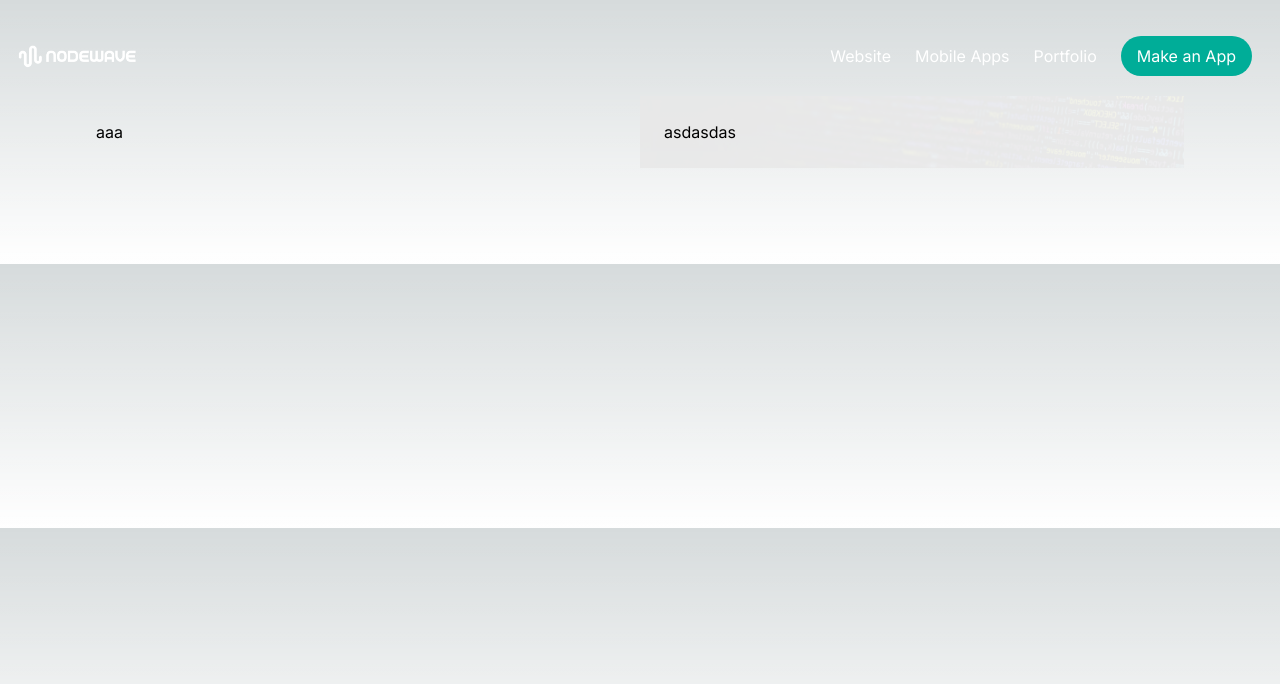
Repository: farrelmuhammad/nodewave
Page: /
The author's editor kept a copy of each file at every save. The page is drawn from the files as they stood at one save, then again after the next save.
The browser window is 1280 px wide. The pictures show the whole page.
The project was rebuilt for these pictures with package versions that can differ from the ones it lists, and the page was loaded fresh each time. The framework's server and built-in components were replaced by stand-ins that run in the browser. Also part of the build but not shown: next.config.js.

Above is the page before, as saved 2023-09-08 12:57:15.

### src/app/page.js
import Hero from '@/components/Hero'
import Navbar from '@/components/Navbar'

export default function Home() {
  return (
    <>
      <Navbar />
      <Hero />
    </>
  )
}

### src/app/globals.css
@tailwind base;
@tailwind components;
@tailwind utilities;

@import url('https://fonts.googleapis.com/css2?family=Poppins:wght@300;400;500;600;700&display=swap');

:root {
  --foreground-rgb: 0, 0, 0;
  --background-start-rgb: 214, 219, 220;
  --background-end-rgb: 255, 255, 255;
  font-family: 'Poppins', sans-serif;
}

@media (prefers-color-scheme: dark) {
  :root {
    --foreground-rgb: 255, 255, 255;
    --background-start-rgb: 0, 0, 0;
    --background-end-rgb: 0, 0, 0;
  }
}

body {
  color: rgb(var(--foreground-rgb));
  background: linear-gradient(
      to bottom,
      transparent,
      rgb(var(--background-end-rgb))
    )
    rgb(var(--background-start-rgb));
}

### src/components/Hero.jsx
import React from "react";

const Hero = () => {
  return (
    <main className="flex h-full items-center justify-between p-24">
      <div className="w-1/2">aaa</div>
      <div className="w-1/2 relative">
        <div
          className="absolute top-0 left-0 w-full h-full bg-cover bg-center"
          style={{
            backgroundImage: 'url("/assets/background.png")', // Ganti dengan path gambar Anda
          }}
        ></div>
        <div className="relative z-10 p-6 bg-white bg-opacity-80">
          asdasdas
        </div>
      </div>
    </main>
  );
};

export default Hero;

### src/components/Navbar.jsx
import React from "react";
import Image from "next/image";

const Navbar = () => {
  return (
    <header class="absolute w-full z-50 px-4">
      <div class="container mx-auto py-5">
        <div class="flex flex-stretch items-center">
          <div class="w-56 items-center flex">
            <Image src="/assets/Logo.png" width={226} height={100} alt="Logo" />
          </div>
          <div class="w-full"></div>
          <div class="w-auto py-4">
            <ul
              class="fixed bg-white inset-0 flex flex-col invisible items-center justify-center opacity-0 md:visible md:flex-row md:bg-transparent md:relative md:opacity-100 md:flex md:items-center"
              id="menu"
            >
              <li class="mx-3 py-6 md:py-0">
                <a href="#" class="text-black md:text-white hover:underline">
                  Website
                </a>
              </li>
              <li class="mx-3 py-6 md:py-0">
                <a
                  href="#"
                  class="text-black md:text-white hover:underline whitespace-nowrap overflow-ellipsis"
                >
                  Mobile Apps
                </a>
              </li>
              <li class="mx-3 py-6 md:py-0">
                <a href="#" class="text-black md:text-white hover:underline">
                  Portfolio
                </a>
              </li>
              <li class="mx-3 py-6 md:py-0">
                <button class="px-4 py-2 bg-[#00AD98] rounded-full">
                  <a
                    href="#"
                    class="text-black md:text-white hover:underline whitespace-nowrap overflow-ellipsis"
                  >
                    Make an App
                  </a>
                </button>
              </li>
            </ul>
          </div>
          <div class="w-auto">
            <ul class="items-center flex">
              <li class="ml-6 block md:hidden">
                <button
                  id="menu-toggler"
                  class="relative flex z-50 items-center justify-center w-8 h-8 text-black md:text-white focus:outline-none"
                >
                  <svg
                    class="fill-current"
                    width="18"
                    height="17"
                    viewBox="0 0 18 17"
                  >
                    <path d="M15.9773 0.461304H1.04219C0.466585 0.461304 0 0.790267 0 1.19609C0 1.60192 0.466668 1.93088 1.04219 1.93088H15.9773C16.5529 1.93088 17.0195 1.60192 17.0195 1.19609C17.0195 0.790208 16.5529 0.461304 15.9773 0.461304Z" />
                    <path d="M15.9773 7.68802H1.04219C0.466585 7.68802 0 8.01698 0 8.42281C0 8.82864 0.466668 9.1576 1.04219 9.1576H15.9773C16.5529 9.1576 17.0195 8.82864 17.0195 8.42281C17.0195 8.01692 16.5529 7.68802 15.9773 7.68802Z" />
                    <path d="M15.9773 14.9147H1.04219C0.466585 14.9147 0 15.2437 0 15.6495C0 16.0553 0.466668 16.3843 1.04219 16.3843H15.9773C16.5529 16.3843 17.0195 16.0553 17.0195 15.6495C17.0195 15.2436 16.5529 14.9147 15.9773 14.9147Z" />
                  </svg>
                </button>
              </li>
            </ul>
          </div>
        </div>
      </div>
    </header>
  );
};

export default Navbar;

Loaded but not shown: src/app/layout.js (common file); tailwind.config.js (common file)

After the next save:
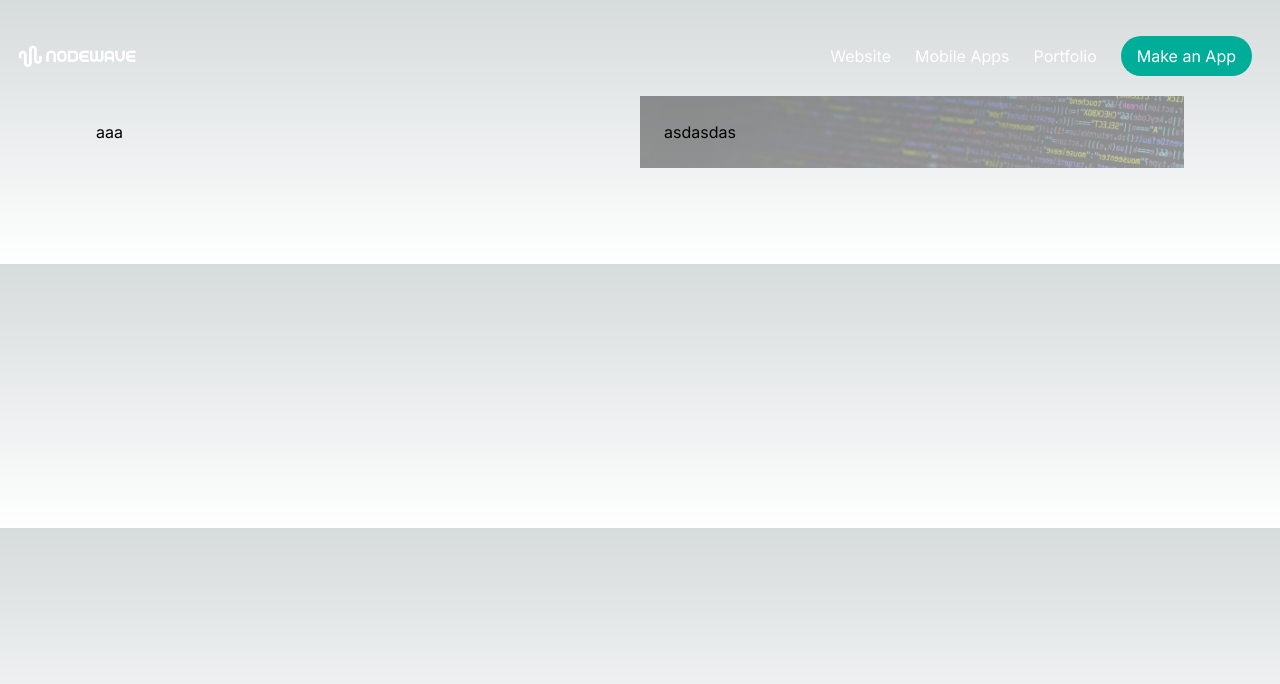
Saved 11 s later.
--- a/src/components/Hero.jsx
+++ b/src/components/Hero.jsx
@@ -11,7 +11,7 @@
             backgroundImage: 'url("/assets/background.png")', // Ganti dengan path gambar Anda
           }}
         ></div>
-        <div className="relative z-10 p-6 bg-white bg-opacity-80">
+        <div className="relative z-10 p-6 bg-transparent">
           asdasdas
         </div>
       </div>
